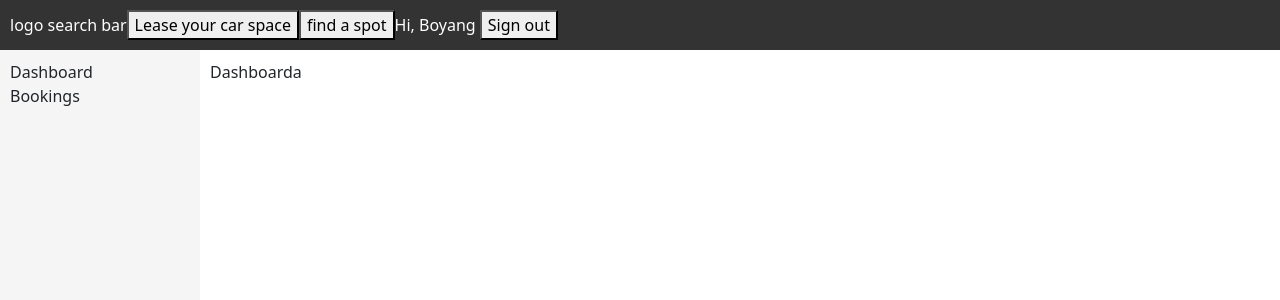
Repository: UNSWSpotFinder/SpotFinder
Page: /dashboard (app in frontend/)
These files come from the project's save history. The page is drawn as it stood at one moment and after a run of saves; the edit follows.
The browser window is 1280 px wide. The pictures show the whole page.
The project was rebuilt for these pictures with package versions that can differ from the ones it lists, and the page was loaded fresh each time. Also part of the build but not shown: frontend/src/HomePage.css, frontend/src/Login.css, frontend/src/Login.jsx, frontend/src/Regist.css, frontend/src/Regist.jsx, frontend/src/HomePage.jsx, frontend/src/App.css, frontend/src/components/Bookings.jsx and 3 more.

Above is the page before, as saved 2024-03-09 17:23:48.

### frontend/src/App.jsx
import logo from './logo.svg';
import React, {
  useState,
  useEffect,
  useRef,
  ChangeEvent,
  LabelHTMLAttributes,
  createContext,
  useContext,
  ReactNode,
} from 'react';
import {HomePageLarge,HomePageAdminSmall,HomePageAdminLarge,HomePageSmall} from './HomePage';
import { ErrorProvider, GlobalSnackbar, ErrorContext } from './API';
import { BrowserRouter, Routes, Route, Link } from 'react-router-dom';
import './App.css';

// 导入Dashboard相关页面组件
import DashboardTop from './components/DashboardTop';
import Dashboard from './components/Dashboard';
import Bookings from './components/Bookings';
import Listings from './components/Listings';
import Profile from './components/Profile';
import Messages from './components/Messages';

function App() {
  const [windowWidth, setWindowWidth] = useState(window.innerWidth);
  useEffect(() => {
    // 添加一个事件监听器，以便在窗口大小改变时更新windowWidth状态
    const handleResize = () => {
      setWindowWidth(window.innerWidth);
    };
    window.addEventListener('resize', handleResize);
    // 清除事件监听器以避免内存泄漏
    return () => {
      window.removeEventListener('resize', handleResize);
    };
  }, []);
  let layoutComponentHost;
  let LayoutComponentHome;
  let LayoutDetail;
  if (windowWidth > 760) {
    layoutComponentHost = null;
    LayoutComponentHome = <HomePageLarge/>;
    LayoutDetail = null;
  } else {
    layoutComponentHost = null;
    LayoutComponentHome = <HomePageSmall/>;;
    LayoutDetail = null;
  }
  return(
    <ErrorProvider>
      <GlobalSnackbar/>
        <BrowserRouter>
          <Routes>
            <Route path="/user/*" element={LayoutComponentHome} />
            {/* DashboardTop作为父路由 */}
            <Route path="/dashboard" element={<DashboardTop />}>
            {/* 在DashboardTop内部定义子路由 */}
            <Route index element={<Dashboard />} />
            <Route path="bookings" element={<Bookings />} />
            <Route path="listings" element={<Listings />} />
            <Route path="messages" element={<Messages />} />
            <Route path="profile" element={<Profile />} />
          </Route>
            {/* Keep the wildcard route to catch all and render Home */}
            <Route path="/*" element={LayoutComponentHome} />
          </Routes>
        </BrowserRouter>
    </ErrorProvider>
  )
}

export default App;

### frontend/src/API.jsx
import Alert from '@mui/material/Alert';
import Snackbar from '@mui/material/Snackbar';
import Button from '@mui/material/Button';
import Stack from '@mui/material/Stack';
import React, { useState, useEffect, createContext,useContext } from 'react';

import { styled } from '@mui/material';
const port = '8080';
export const meetErrorLog = (error) => {
    console.log(error);
    let errorText = '';
    // switch case to show the error
    switch (error) {
      case 'info':
        errorText = 'Invalid username or password !';
        break;
      case 'access':
        errorText = 'No permission, please log in first!';
        break;
      default:
        errorText = 'Network error! Please try again.';
        break;
    }
    return errorText;
  };
export const ErrorContext = createContext({
    snackbarData: { severity: 'info', message: '1',timestamp: new Date().getTime()},
    setOpenSnackbar: () => {}, // 提供一个空函数避免调用时出错
  });
export const useError = () => useContext(ErrorContext);
export const ErrorProvider = ({ children }) => {
  const [snackbarData, setSnackbarData] = useState({
    severity: 'success',
    message: '',
    timestamp: new Date().getTime()
  });
  const setOpenSnackbar = (data) => {
    setSnackbarData(data);
  };
  return (
    <ErrorContext.Provider value={{snackbarData,setOpenSnackbar}}>
      {children}
    </ErrorContext.Provider>
  );
};
// The message to be displayed in the Snackbar
export const GlobalSnackbar = () => {
const { snackbarData, setOpenSnackbar } = useError();
// State to manage the visibility of the Snackbar
const [open, setOpen] = useState(false);
  useEffect(() => {
    console.log('Alert severity:', snackbarData.severity);
    console.log('Alert :', snackbarData.message);
    if (snackbarData.message) {
      setOpen(true);
    }
  }, [snackbarData.message, snackbarData.timestamp]);

  const handleClose = (event, reason) => {
    if (reason === 'clickaway') {
      return;
    }
    setOpen(false);
  };

return (
    // Snackbar component with automatic hiding and custom styling
    <Snackbar open={open} autoHideDuration={6000} onClose={handleClose}>
        <Alert onClose={handleClose} severity={snackbarData.severity}>
        {snackbarData.message}
        </Alert>
  </Snackbar>
);
};
export const callAPIsendEmailCode = (path,input)=>{
    return new Promise((resolve, reject) =>{
        fetch('http://localhost:'+String(port)+'/'+String(path),{
        method:'POST',
        headers: { 'Content-Type': 'application/json' },
        body:JSON.stringify(input),
        })
        .then((response)=>{
            if(response.ok){
                console.log('success');
                console.log(response);
                return resolve(response);
            }
            else if (response.status===400){
                const errorReason = 'Email not correct!';
                return reject(errorReason);
            }
            else{
                const errorReason = 'There is a problem with the network connection!';
                return reject(errorReason);
            }
        })
        .catch((error)=>{
            console.log(error);
        })
    })

}
export const callAPIverifyEmailCode = (path,input)=>{
    return new Promise((resolve, reject) =>{
        console.log(input);
        console.log('http://localhost:'+String(port)+'/'+String(path));
        fetch('http://localhost:'+String(port)+'/'+String(path),{
        method:'POST',
        headers: { 'Content-Type': 'application/json' },
        body:JSON.stringify(input),
        })
        .then((response)=>{
            if(response.ok){
                console.log('success');
                return resolve(response.json());
            }
            else if (response.status===400){
                const errorReason = 'Incorrect verification code.';
                return reject(errorReason);
            }
            else{
                const errorReason = 'There is a problem with the network connection!';
                return reject(errorReason);
            }
        })
        .catch((error)=>{
            console.log(error);
        })
    })

}
export const callAPIloginUser=(path,input)=>{

}
// 用户注册
export const callAPIRegistUser=(path,input)=>{
     return new Promise((resolve, reject) =>{
        console.log(input);
        console.log('http://localhost:'+String(port)+'/'+String(path));
        fetch('http://localhost:'+String(port)+'/'+String(path),{
        method:'POST',
        headers: { 'Content-Type': 'application/json' },
        body:JSON.stringify(input),
        })
        .then((response)=>{
            if(response.ok){
                console.log('success');
                return resolve(response.json());
            }
            else if (response.status===417){
                const errorReason = 'This email has been registed!';
                return reject(errorReason);
            }
            else{
                const errorReason = 'There is a problem with the network connection!';
                return reject(errorReason);
            }
        })
        .catch((error)=>{
            console.log(error);
        })
    })
}
// 用户登录
export const callAPILoginUser=(path,input)=>{
    return new Promise((resolve, reject) =>{
       console.log(input);
       console.log('http://localhost:'+String(port)+'/'+String(path));
       fetch('http://localhost:'+String(port)+'/'+String(path),{
       method:'POST',
       headers: { 'Content-Type': 'application/json' },
       body:JSON.stringify(input),
       })
       .then((response)=>{
           if(response.ok){
               console.log('success');
               return resolve(response.json());
           }
           else if (response.status===401){
               const errorReason = 'Username does not exist or password is incorrect!';
               return reject(errorReason);
           }
           else{
               const errorReason = 'There is a problem with the network connection!';
               return reject(errorReason);
           }
       })
       .catch((error)=>{
           console.log(error);
       })
   })
}
// 密码修改
export const callAPIResetPwdUser=(path,input)=>{
    return new Promise((resolve, reject) =>{
       console.log(input);
       console.log('http://localhost:'+String(port)+'/'+String(path));
       fetch('http://localhost:'+String(port)+'/'+String(path),{
       method:'POST',
       headers: { 'Content-Type': 'application/json' },
       body:JSON.stringify(input),
       })
       .then((response)=>{
           if(response.ok){
               console.log('success');
               return resolve(response.json());
           }
           else if (response.status===401){
               const errorReason = 'Username does not exist or password is incorrect!';
               return reject(errorReason);
           }
           else{
               const errorReason = 'There is a problem with the network connection!';
               return reject(errorReason);
           }
       })
       .catch((error)=>{
           console.log(error);
       })
   })
}

### frontend/src/components/DashboardTop.jsx
import React from 'react';
import { Outlet } from 'react-router-dom';
import './DashboardTop.css';

const DashboardTop = () => {
  return (
    <div className="dashboard-top">
      <div className="top-nav">
        <span>logo </span>
        <span>search bar</span>
        <button>Lease your car space</button>
        <button>find a spot</button>
        <span>Hi, </span>
        <span>Boyang </span>
        <button>Sign out</button>
      </div>
      <div className="content-area">
        <div className="side-nav">
          <div>Dashboard</div>
          <div>Bookings</div>
        </div>
        <div className="main-content">
          <Outlet />
        </div>
      </div>
    </div>
  );
};

export default DashboardTop;

### frontend/src/components/Dashboard.jsx
import React from 'react';
import DashboardTop from './DashboardTop';

const Dashboard = () => {
  // 组件的状态和逻辑

  return (
    <div className='Dashboard'>
      {/* 组件的JSX结构 */}
      Dashboarda
    </div>
  );
}

export default Dashboard;

### frontend/src/components/DashboardTop.css
/* DashboardTop.css */

/* 整体布局 */
.dashboard-top {
    display: flex;
    flex-direction: column;
    height: 100vh; /* 使布局填满整个视口高度 */
  }

  /* 顶部导航样式 */
  .top-nav {
    background-color: #333; /* 暗色背景 */
    color: #fff; /* 白色文字 */
    padding: 10px; /* 内边距 */
  }

  /* 内容区域样式，包含侧边导航和主内容区 */
  .content-area {
    display: flex;
    flex-grow: 1; /* 占据剩余空间 */
  }

  /* 侧边导航样式 */
  .side-nav {
    background-color: #f5f5f5; /* 浅色背景 */
    width: 200px; /* 定宽 */
    padding: 10px; /* 内边距 */
  }

  /* 主内容区域样式 */
  .main-content {
    flex-grow: 1; /* 占据剩余空间 */
    padding: 10px; /* 内边距 */
  }

Loaded but not shown: frontend/public/index.html (common file); frontend/src/index.js (common file); frontend/src/index.css (common file); frontend/src/reportWebVitals.js (common file)

After the next 2 saves:
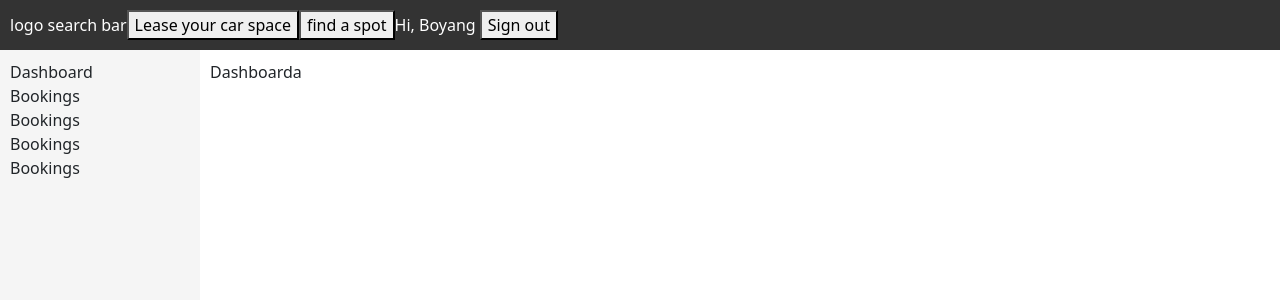
The 2 saves are shown as one change because they came seconds apart.
The last was saved 11 s later.
--- a/frontend/src/components/DashboardTop.jsx
+++ b/frontend/src/components/DashboardTop.jsx
@@ -18,6 +18,9 @@ const DashboardTop = () => {
         <div className="side-nav">
           <div>Dashboard</div>
           <div>Bookings</div>
+          <div>Bookings</div>
+          <div>Bookings</div>
+          <div>Bookings</div>
         </div>
         <div className="main-content">
           <Outlet />
